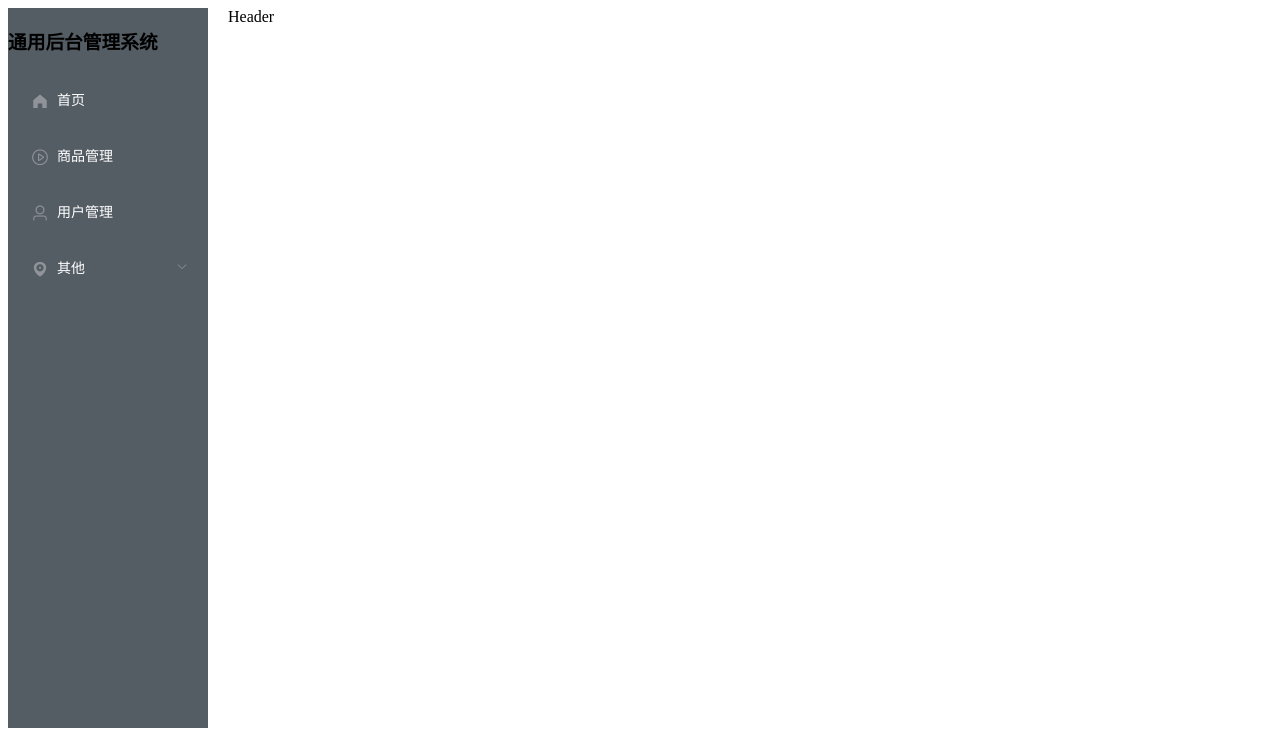
Repository: Francis200214/my-app
Page: /
These files come from the project's save history. The page is drawn as it stood at one moment and after a run of saves; the edit follows.
The browser window is 1280 px wide. The pictures show the whole page.
The project was rebuilt for these pictures with package versions that can differ from the ones it lists, and the page was loaded fresh each time. Also part of the build but not shown: vue.config.js, src/views/Home.vue, src/views/User.vue.

Above is the page before, as saved 2023-05-20 16:33:17.

After the next 3 saves:
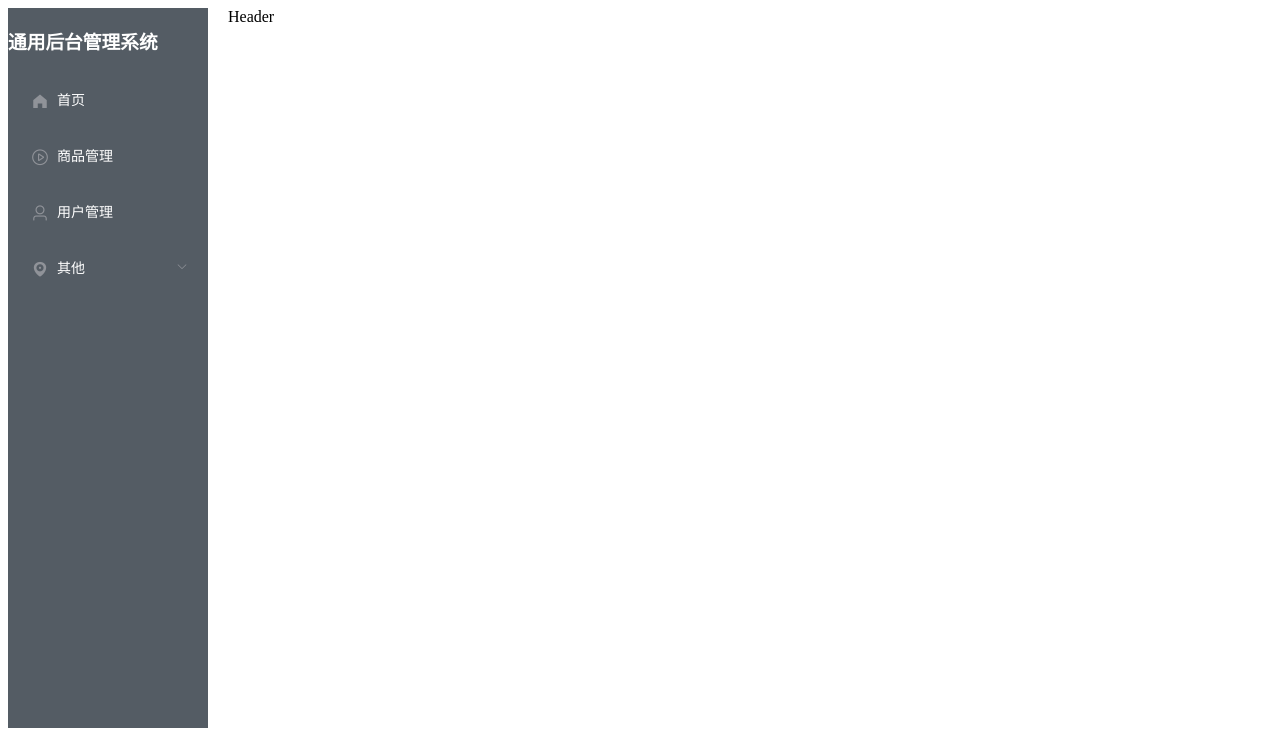
The 3 saves are shown as one change because they came seconds apart.
The last was saved 11 s later.
--- a/src/components/CommonAside.vue
+++ b/src/components/CommonAside.vue
@@ -32,8 +32,9 @@
 
 .el-menu {
     height: 100vh;
+
     h3 {
-
+        color: #fff;
     }
 }
 </style>
